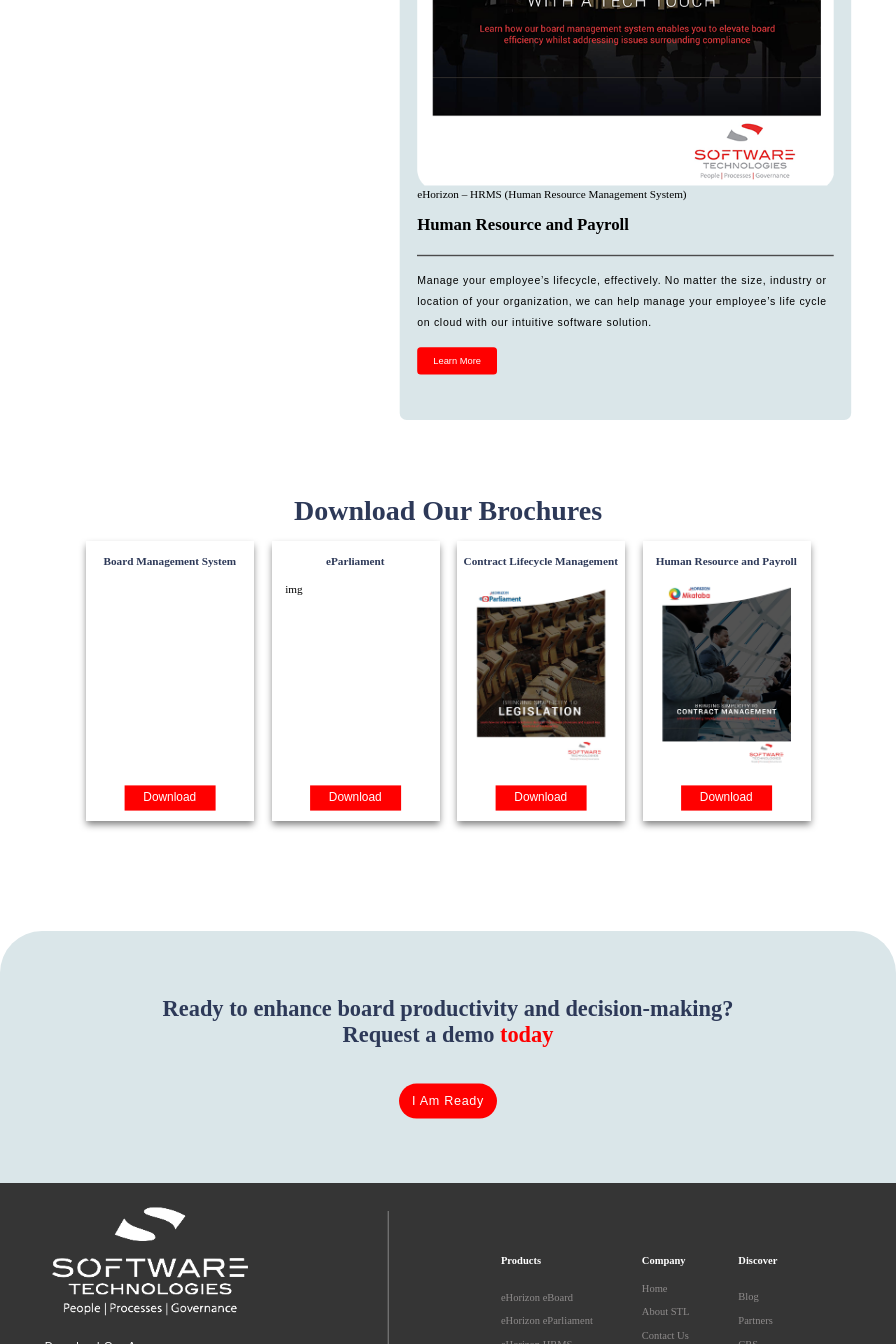
Repository: Kaleidiana/IST
Page: home.html
The author's editor kept a copy of each file at every save. The page is drawn from the files as they stood at one save, then again after the next save.
The browser window is 1280 px wide. The pictures show the part of the page from y = 2850 to 4770 px (the page is 5246 px tall), at 70% of full size.

Above is the page before, as saved 2024-03-20 12:21:06.

### home.html
<!DOCTYPE html>
<html lang="en">

<head>
    <meta charset="UTF-8">
    <meta name="viewport" content="width=device-width, initial-scale=1.0">
    <title>Document</title>
    <link rel="stylesheet" href="home.css">
    <link rel="stylesheet" href="https://cdnjs.cloudflare.com/ajax/libs/font-awesome/6.5.1/css/all.min.css" integrity="sha512-DTOQO9RWCH3ppGqcWaEA1BIZOC6xxalwEsw9c2QQeAIftl+Vegovlnee1c9QX4TctnWMn13TZye+giMm8e2LwA==" crossorigin="anonymous" referrerpolicy="no-referrer"
    />
</head>

<body>
    <!--------home section -->
    <div id="home">
        <div class="container">
            <div class="header">
                <nav>
                    <img class="logo" src="./images/logo.png" alt="">
                    <ul>
                        <li><a style="color: red;" href="#">Home</a></li>
                        <li><a href="#">About Us</a></li>
                        <li>
                            <a href="#">Our products</a>
                            <ul class="dropdown">
                                <li><a href="#">Managing people</a></li>
                                <li><a href="#">Managing resources</a></li>
                                <li><a href="#">Managing </a></li>
                                <li><a href="#">Governance</a></li>
                            </ul>
                        </li>
                        <li><a href="contact.html">Contact</a></li>
                        <li><a class="demmo" href="#">Request Demo</a></li>
                    </ul>
                </nav>

                <div class="home-content">
                    <div class="home-texts">
                        <h1>Growing with <span>Clients</span></h1>
                        <p>We work in a data-centric world. What if we could help you translate your organization’s data into valuable insights that could help you manage people, processes and governance better?</p>
                        <button>Learn More</button>
                    </div>
                    <div class="the-image">
                        <img src="./images/happy.png" alt="">
                    </div>
                </div>
            </div>
        </div>
    </div>

    <div id="about">
        <div class="header2-content">
            <h1>Delivering Client Value Since 1991</h1>
            <p>Since 1991, we’ve excelled in our field by leveraging technology, embracing change, and fostering innovation to deliver value to our clients.</p>
        </div>

        <div class="about-content">
            <div class="text">
                <p>eHorizon – HRMS (Human Resource Management System)</p>
                <h2>Human Resource and Payroll</h2>
                <hr>
                <p class="main-text">Manage your employee’s lifecycle, effectively. No matter the size, industry or location of your organization, we can help manage your employee’s life cycle on cloud with our intuitive software solution.
                </p>
                <button>Learn More</button>
            </div>
            <div class="image-content">
                <img src="images/one.png" alt="">
            </div>
            <div class="image-content">
                <img src="images/two.png" alt="">
            </div>
            <div class="text">
                <p>eHorizon – HRMS (Human Resource Management System)</p>
                <h2>Human Resource and Payroll</h2>
                <hr>
                <p class="main-text">Manage your employee’s lifecycle, effectively. No matter the size, industry or location of your organization, we can help manage your employee’s life cycle on cloud with our intuitive software solution.
                </p>
                <button>Learn More</button>
            </div>

            <div class="text">
                <p>eHorizon – HRMS (Human Resource Management System)</p>
                <h2>Human Resource and Payroll</h2>
                <hr>
                <p class="main-text">Manage your employee’s lifecycle, effectively. No matter the size, industry or location of your organization, we can help manage your employee’s life cycle on cloud with our intuitive software solution.
                </p>
                <button>Learn More</button>
            </div>
            <div class="image-content">
                <img src="images/Betty-eBoard.jpg" alt="">
            </div>
            <div class="image-content">
                <img src="images/4.jpg" alt="">
            </div>
            <div class="text">
                <img src="images/board1.png" alt="">
                <p>eHorizon – HRMS (Human Resource Management System)</p>
                <h2>Human Resource and Payroll</h2>
                <hr>
                <p class="main-text">Manage your employee’s lifecycle, effectively. No matter the size, industry or location of your organization, we can help manage your employee’s life cycle on cloud with our intuitive software solution.
                </p>
                <button>Learn More</button>
            </div>
        </div>
    </div>
    <!---------product section------->
    <div id="product">
        <h1>Download Our Brochures</h1>
        <div class="product-images">
            <div>
                <h4 class="try">Board Management System</h4>
                <button class="btnn">Download</button>
            </div>
            <div>
                <h4 class="try">eParliament</h4>
                img

                <button class="btnn">Download</button>
            </div>
            <div>
                <h4 class="try">Contract Lifecycle Management</h4>
                <img src="images/board2.jpg" alt="">
                <button class="btnn">Download</button>
            </div>
            <div>
                <h4 class="try">Human Resource and Payroll</h4>
                <img src="images/board3.png" alt="">
                <button class="btnn">Download</button>
            </div>
        </div>

    </div>
    <div class="down-side">
        <h1>Ready to enhance board productivity and decision-making?<br> Request a demo <span style="color: red;">today</span></h1>
        <button>I Am Ready</button>
    </div>

    <div id="request">
        <div class="left-side">
            <img class="" src="images/logo.png" alt="">
            <p>Download Our Apps</p>
            <button>App Store</button>
            <button>App Play</button>
        </div>
        <div class="horizontal-line">

        </div>
        <div class="right-side">
            <div>
                <h4>Products</h4>
                <p>eHorizon eBoard</p>
                <p>eHorizon eParliament</p>
                <p>eHorizon HRMS</p>
                <p>eHorizon Mkataba</p>
            </div>

            <div>
                <h4>Company</h4>
                <p>Home</p>
                <p>About STL</p>
                <p>Contact Us</p>
                <p>Security</p>
            </div>

            <div>
                <h4>Discover</h4>
                <p>Blog</p>
                <p>Partners</p>
                <p>CRS</p>
                <p>Career Opportunities</p>
            </div>
        </div>
    </div>
    <hr>
    <div class="foot">
        <div class="copy-write">
            <p>©1991-2024 Software Technologies Ltd. All Rights Reserved | Privacy Policy | Terms & Conditions</p>
        </div>

        <div class="icons">
            <i class="fa-brands fa-linkedin"></i>
            <i class="fa-brands fa-twitter"></i>
            <i class="fa-brands fa-facebook"></i>
        </div>
    </div>
</body>

</html>

### home.css
* {
    margin: 0;
    padding: 0;
    box-sizing: border-box;
}

.header {
    width: 100%;
    background: radial-gradient(closest-side at 1050px 250px, red, black);
    color: #fff;
}

nav {
    display: flex;
    justify-content: space-between;
    align-items: center;
}

#home {
    padding: 10px 5%;
    width: 100%;
    height: 100vh;
    background-color: black;
}

ul {
    list-style: none;
}

ul li {
    display: inline-block;
    position: relative;
}

ul li a {
    display: block;
    padding: 15px 20px;
    color: #fff;
    text-decoration: none;
    text-align: center;
}

ul li ul.dropdown li a {
    color: black;
}

ul li ul.dropdown li {
    display: block;
}

ul li ul.dropdown {
    width: 100%;
    position: absolute;
    display: none;
}

ul li:hover ul.dropdown {
    display: block;
    background-color: #fff;
    width: 250px;
    border-radius: 10px;
}

.logo {
    width: 200px;
}

.demmo {
    background-color: red;
    color: #fff;
    padding: 12px 18px;
    border: none;
    border-radius: 5px;
    font-family: sans-serif;
}

.the-image img {
    width: 430px;
    margin-top: 10%;
}

.home-content {
    display: flex;
    justify-content: space-between;
}

.home-texts {
    flex-basis: 60%;
}

.home-content p {
    line-height: 30px;
    letter-spacing: 1px;
    font-size: 18px;
    font-family: sans-serif;
    font-weight: 300;
    margin-bottom: 40px;
}

.home-content h1 {
    font-size: 60px;
    margin-bottom: 40px;
}

.home-content span {
    color: red;
}

.home-content button {
    background-color: white;
    color: red;
    padding: 14px 20px;
    border: none;
    border-radius: 5px;
    font-family: sans-serif;
    font-size: 18px;
}


/*-------ABOUT SECTION --------*/

#about {
    padding: 10px 5%;
}

.about-content {
    display: grid;
    grid-template-columns: 1fr 1fr;
    column-gap: 30px;
    row-gap: 20px;
    margin-top: 6%;
}

.text {
    background-color: #DAE6E9;
    padding: 65px 25px;
    border-radius: 10px;
}

.text p {}

.main-text {
    font-size: 15px;
    margin-top: 20px;
    letter-spacing: 1px;
    line-height: 30px;
    font-family: sans-serif;
}

.text h2 {
    margin-top: 20px;
    margin-bottom: 30px;
}

.image-content img {}

.text button {
    margin-top: 20px;
    background-color: red;
    border: none;
    padding: 12px 23px;
    color: white;
    border-radius: 5px;
}

.header2-content {
    display: flex;
    align-items: center;
    justify-content: center;
    flex-direction: column;
}

.header2-content h1 {
    padding-left: 0px;
    font-size: 46px;
    margin-bottom: 30px;
    color: #2d3958;
}

.header2-content p {
    width: 650px;
    color: #7b88a8;
    font-size: 19px;
    line-height: 30px;
    letter-spacing: 1px;
    font-family: sans-serif;
    font-weight: 200;
}

hr {
    color: black;
    border: solid 0.6px;
}


/*-----------PRODUCT SECTION______*/

#product {
    padding: 10px 8%;
    width: 100%;
    height: 100vh;
    display: flex;
    align-items: center;
    flex-direction: column;
}

.product-images img {
    width: 100%;
}

.product-images {
    display: grid;
    grid-template-columns: 1fr 1fr 1fr 1fr;
    column-gap: 25px;
}

.product-images div {
    position: relative;
    padding-top: 60px;
    width: 240px;
    height: 400px;
    padding-left: 20px;
    padding-right: 20px;
    box-shadow: 0 6px 10px rgba(0, 0, 0, .5);
}

.btnn {
    font-size: 17px;
    position: absolute;
    bottom: 15px;
    left: 50%;
    transform: translate(-50%);
    width: 130px;
    background-color: red;
    color: white;
    border: none;
    padding: 8px;
}

i {
    background-color: #fff;
}

#product h1 {
    margin-top: 8%;
    color: #2d3958;
    margin-bottom: 20px;
    font-size: 40px;
    font-weight: 900;
}

.try {
    white-space: nowrap;
    top: 20px;
    left: 50%;
    transform: translate(-50%);
    position: absolute;
    color: #2d3958;
}

.down-side {
    width: 100%;
    height: 50vh;
    background-color: #DAE6E9;
    border-radius: 60px 60px 0 0;
    display: flex;
    justify-content: center;
    align-items: center;
    text-align: center;
    flex-direction: column;
}

.down-side h1 {
    color: #2d3958;
}

.down-side button {
    margin-top: 4%;
    width: 140px;
    height: 50px;
    background-color: red;
    color: #fff;
    border: none;
    font-size: 18px;
    letter-spacing: 1px;
    border-radius: 50px;
    padding: 5px;
}


/*--------request demo section------*/

#request {
    padding: 10px 5%;
    width: 100%;
    height: 70vh;
    background-color: #353535;
    display: flex;
    justify-content: space-between;
    color: #fff;
}

.left-side p {
    margin-top: 10px;
    margin-bottom: 20px;
    font-family: sans-serif;
    letter-spacing: 1px;
}

.left-side button {
    background-color: #353535;
    width: 160px;
    height: 55px;
    border: none;
    font-size: 16px;
    box-shadow: 4px 4px rgba(0, 0, 0, .3), -4px -4px rgba(0, 0, 0, .3);
    color: rgb(186, 186, 186);
    border-radius: 8px;
    margin: 10px;
}

.right-side {
    display: flex;
    font-size: 15px;
    margin-top: 5%;
}

.right-side div {
    margin: 35px;
}

.right-side h4 {
    margin-bottom: 20%;
}

.right-side p {
    line-height: 34px;
    color: rgb(143, 140, 140);
}

.horizontal-line {
    width: 1px;
    background-color: darkgray;
    height: 60vh;
    margin-top: 30px;
}

.foot {
    display: flex;
    justify-content: space-between;
    align-items: center;
    padding: 10px 5%;
    width: 100%;
    background-color: #353535;
    color: white;
    height: 200px;
}

.icons i {
    margin: 10px;
    color: black;
    padding: 5px;
}

hr {
    border: 0.01px solid;
    color: rgb(75, 75, 75);
}

.tag {
    margin-right: 100%;
}

After the next save:
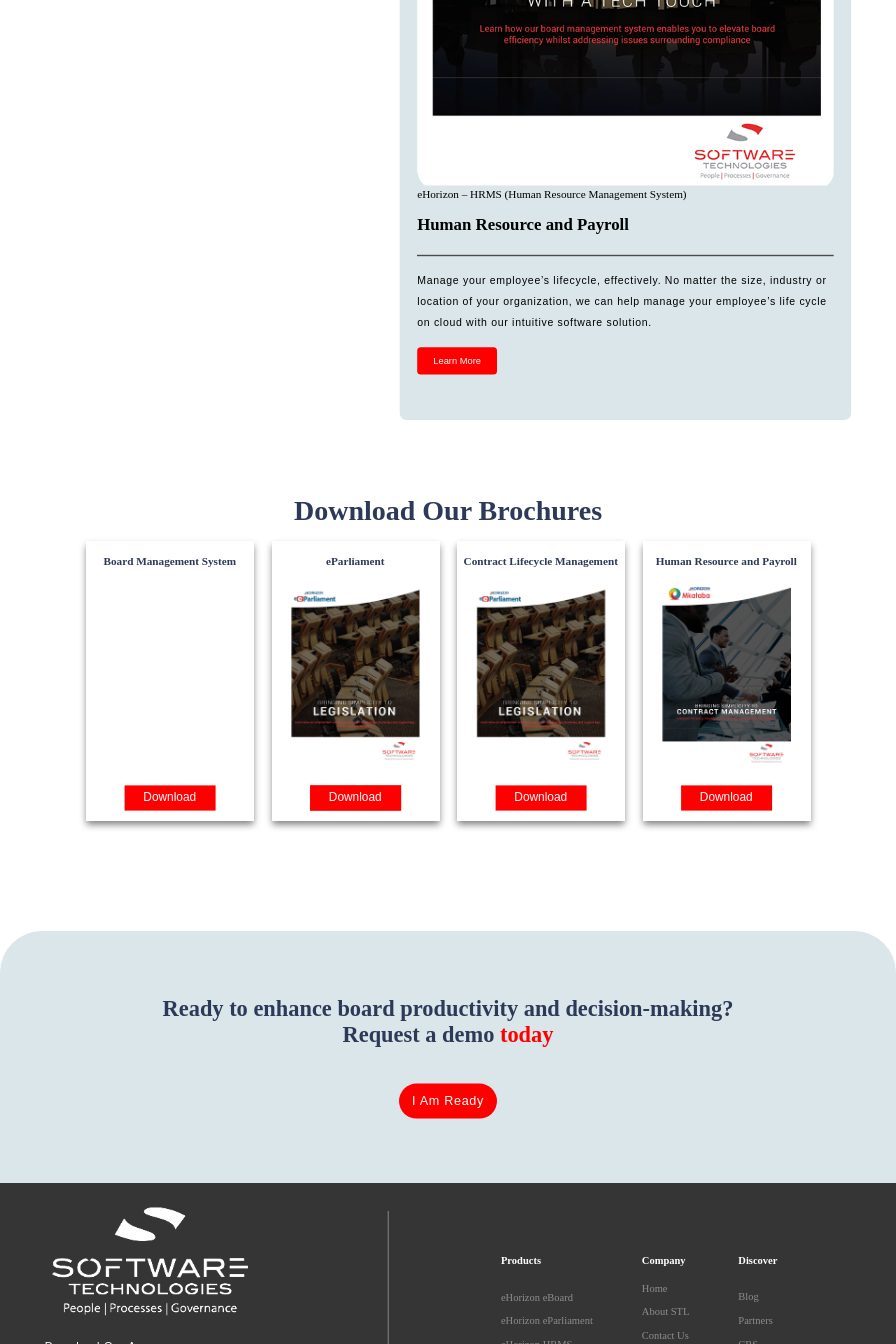
Saved 10 s later.
--- a/home.html
+++ b/home.html
@@ -113,7 +113,8 @@
             </div>
             <div>
                 <h4 class="try">eParliament</h4>
-                img
+                <img src="images/board2.jpg" alt="">
+                <button class="btnn">Download</button>
 
                 <button class="btnn">Download</button>
             </div>
